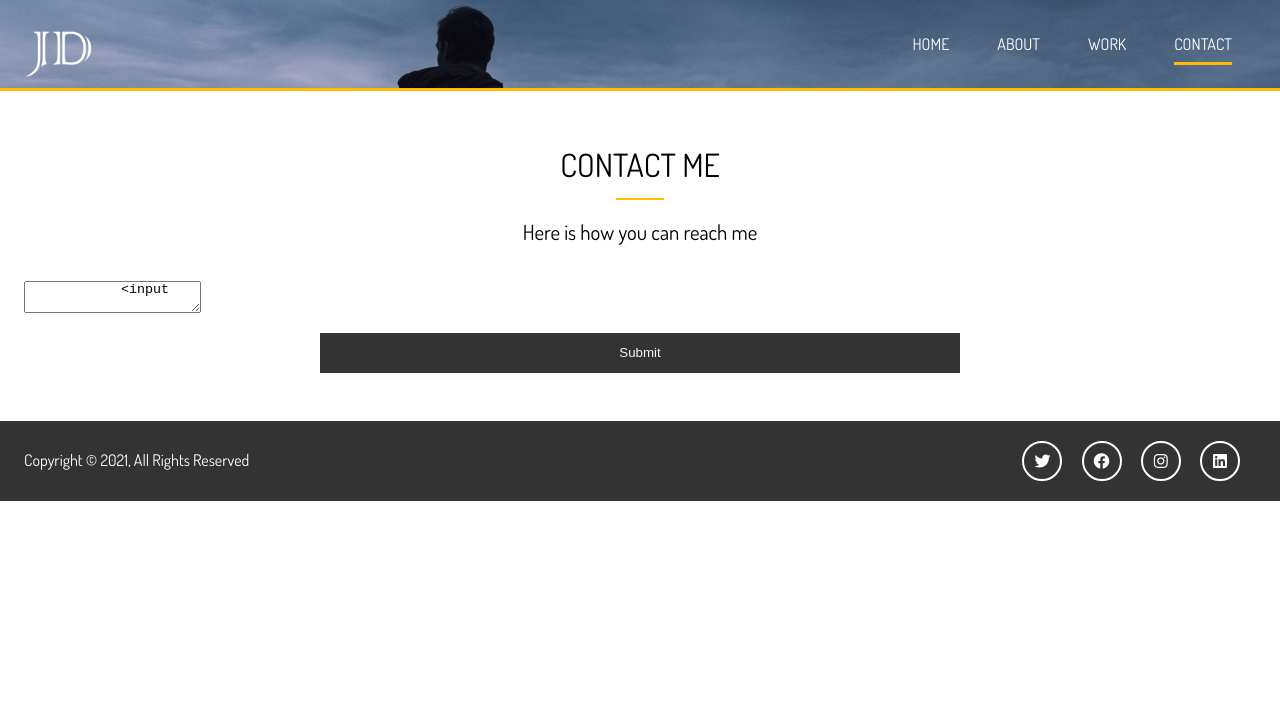
Repository: minhtien9/Portfolio_Website
Page: diet/contact.html
An editor plug-in stored every save of this project. The page is shown before and after the next save, followed by the edit.
The browser window is 1280 px wide. The pictures show the whole page.

Above is the page before, as saved 2021-08-29 19:49:56.

### diet/contact.html
<!DOCTYPE html>
<html lang="en">
  <head>
    <meta charset="UTF-8" />
    <meta http-equiv="X-UA-Compatible" content="IE=edge" />
    <meta name="viewport" content="width=device-width, initial-scale=1.0" />
    <link
      rel="stylesheet"
      href="https://cdnjs.cloudflare.com/ajax/libs/font-awesome/5.15.4/css/all.min.css"
      integrity="sha512-1ycn6IcaQQ40/MKBW2W4Rhis/DbILU74C1vSrLJxCq57o941Ym01SwNsOMqvEBFlcgUa6xLiPY/NS5R+E6ztJQ=="
      crossorigin="anonymous"
      referrerpolicy="no-referrer"
    />
    <link
      href="https://fonts.googleapis.com/css2?family=Dosis&display=swap"
      rel="stylesheet"
    />
    <link rel="stylesheet" href="css/style.css" />
    <title>Contact Me || UI/UX Designer & Photographer</title>
  </head>
  <body>
    <!-- Header -->
    <header id="header-inner">
      <div class="container">
        <nav id="main-nav">
          <img src="img/logo.png" alt="My Portfolio" id="logo" />
          <ul>
            <li><a href="index.html">Home</a></li>
            <li><a href="about.html">About</a></li>
            <li><a href="work.html">Work</a></li>
            <li><a href="contact.html" class="current">Contact</a></li>
          </ul>
        </nav>
      </div>
    </header>

    <!-- Section A: Contact Form -->
    <section id="contact-a" class="text-center py-3">
      <div class="container">
        <h2 class="section-title">Contact Me</h2>
        <div class="bottom-line"></div>
        <p class="lead">Here is how you can reach me</p>
        <form>
          <textarea class="text-fields">
            <input
              type="text"
              class="text-input name-input"
              placeholder="Name"
            />
            <input
              type="text"
              class="text-input subject-input"
              placeholder="Subject"
            />
            <input
              type="email"
              class="text-input email-input"
              placeholder="Email"
            />
            <input
              type="text"
              class="text-input phone-input"
              placeholder="Phone Number"
            />
            <textarea class="text-input message-input" placeholder="Enter Message"></textarea>
          </div>
          <button type="submit" class="btn-dark">Submit</button>
        </form>
      </div>
    </section>

    <!-- Footer -->
    <footer id="main-footer">
      <div class="footer-content container">
        <p>Copyright &copy; 2021, All Rights Reserved</p>
        <div class="social">
          <i class="fab fa-twitter"></i>
          <i class="fab fa-facebook"></i>
          <i class="fab fa-instagram"></i>
          <i class="fab fa-linkedin"></i>
        </div>
      </div>
    </footer>

    <!-- <script src="js/typewriter.js"></script> -->
  </body>
</html>

### diet/css/style.css
.container {
  max-width: 1280px;
  padding: 0 1.5rem;
  margin: auto;
  overflow: hidden;
}

.btn-dark, .btn-light, .btn-main {
  display: inline-block;
  padding: 0.8rem 2rem;
  transition: all 0.5s;
  border: none;
  cursor: pointer;
}

.btn-main {
  color: #333;
  background-color: #ffbc00;
}
.btn-light {
  color: #333;
  background-color: #f4f4f4;
}
.btn-dark {
  color: #f4f4f4;
  background-color: #333;
}

button[class^=btn-]:hover,
a[class^=btn-]:hover,
input[class^=btn-]:hover {
  background-color: #ffbc00;
}

.bg-main {
  background: #ffbc00;
  color: #fff;
}
.bg-dark {
  background: #333;
  color: #fff;
}
.bg-light {
  background: #f4f4f4;
  color: #000;
}
.bg-medium {
  background: #ccc;
  color: #000;
}

.lead {
  font-size: 1.3rem;
  margin-bottom: 2rem;
}

.text-center {
  text-align: center;
}

.py-1 {
  padding: 1rem 0;
}
.py-2 {
  padding: 2rem 0;
}
.py-3 {
  padding: 3rem 0;
}
.py-4 {
  padding: 4rem 0;
}

.ny-1 {
  margin: 1rem 0;
}
.ny-2 {
  margin: 2rem 0;
}
.ny-3 {
  margin: 3rem 0;
}
.ny-4 {
  margin: 4rem 0;
}

.section-title {
  font-size: 2rem;
  display: block;
  padding-bottom: 0.5rem;
  text-align: center;
  font-weight: 100;
  text-transform: uppercase;
}

.bottom-line {
  height: 2px;
  width: 3rem;
  background: #ffbc00;
  display: block;
  margin: 0 auto 1rem auto;
}

.items {
  display: grid;
  grid-template-columns: repeat(3, 1fr);
  box-shadow: 0 5px 10px 0 rgba(0, 0, 0, 0.3);
}

.item {
  position: relative;
  background: #ffbc00;
  overflow: hidden;
}
.item:after {
  content: "";
  position: absolute;
  display: block;
  background: inherit;
  opacity: 0.9;
  top: 0;
  left: 0;
  width: 100%;
  height: 100%;
  transform: scale(2) translateX(-75%) translateY(-75%) rotate(-28deg);
  transition: transform 3s cubic-bezier(0.2, 1, 0.3, 1);
}
.item:hover:after {
  transform: scale(2) translateX(0) translateY(0) rotate(-28deg);
}
.item:hover .item-image {
  transform: scale(1.2);
}
.item:hover .item-text {
  opacity: 1;
  transform: translateY(0);
}
.item-image {
  height: auto;
  transform: translateZ(0);
  display: block;
  transition: transform 750ms cubic-bezier(0.2, 1, 0.3, 1);
}
.item-image:before {
  content: "";
  display: block;
  padding-top: 75%;
  overflow: hidden;
}
.item-image img {
  position: absolute;
  top: 0;
  left: 0;
  width: 100%;
  height: auto;
  line-height: 0;
}
.item-text {
  position: absolute;
  top: 0;
  left: 0;
  bottom: 0;
  right: 0;
  opacity: 0;
  text-align: center;
  z-index: 1;
  color: #fff;
  transform: translateY(-20%);
  transition: opacity 500ms cubic-bezier(0.2, 1, 0.3, 1), transform 500ms cubic-bezier(0.2, 1, 0.3, 1);
  transition-delay: 300ms;
}
.item-text-wrap {
  position: absolute;
  width: 100%;
  top: 50%;
  transform: translateY(-50%);
}
.item-text-title {
  font-size: 2rem;
  padding: 0 1rem;
  margin: 5px 0 0 0;
}
.item-text-category {
  text-transform: uppercase;
  font-size: 1.2rem;
  opacity: 0.7;
  margin: 0;
}

* {
  margin: 0;
  padding: 0;
}

body {
  font-family: "Dosis", sans-serif;
  line-height: 1.6;
  background: #fff;
}

a {
  text-decoration: none;
  color: #333;
}

ul {
  list-style: none;
}

h2,
h3,
h4 {
  text-transform: uppercase;
}

img {
  width: 100%;
}

#logo {
  width: 70px;
  height: 70px;
  color: #fff;
  text-transform: uppercase;
}

#main-nav {
  display: flex;
  justify-content: space-between;
  padding-top: 1rem;
}
#main-nav ul {
  display: flex;
}
#main-nav li {
  padding: 1rem 1.5rem;
}
#main-nav a {
  text-decoration: none;
  color: #fff;
  text-transform: uppercase;
  border-bottom: 3px transparent solid;
  padding-bottom: 0.5rem;
  transition: border-color 0.5s;
}
#main-nav a:hover {
  border-color: #ccc;
}
#main-nav a.current {
  border-color: #ffbc00;
}

#header-home {
  background: url("../img/showcase.jpg") no-repeat center right/cover;
  height: 100vh;
  color: #fff;
}
#header-home .header-content {
  text-align: center;
  padding-top: 20%;
}
#header-home .header-content h1 {
  font-size: 4rem;
  line-height: 1.2;
}
#header-inner {
  background: url("../img/showcase.jpg") no-repeat 20% 30%/cover;
  height: 5.5rem;
  border-bottom: 3px solid #ffbc00;
}

#home-a .specials {
  margin-top: 3rem;
  display: grid;
  grid-gap: 1rem;
  grid-template-columns: repeat(4, 1fr);
}
#home-a .specials .fas {
  color: #ffbc00;
  padding-bottom: 0.4rem;
}
#home-b .stats {
  display: grid;
  grid-template-columns: repeat(4, 1fr);
}
#home-b .stats li {
  line-height: 2;
}
#home-b .stats li.stats-title {
  font-size: 1.5rem;
}
#home-b .stats li.stats-number {
  font-size: 2rem;
  font-weight: bold;
}
#home-b .stats div {
  padding: 3rem 0;
}
#home-b .stats div:nth-child(odd) {
  background: #f4f4f4;
}
#home-b .stats div:nth-child(even) {
  background: #ccc;
}
#home-c .process {
  display: grid;
  grid-template-columns: repeat(4, 1fr);
  grid-gap: 1.5rem;
  text-align: center;
}
#home-c .process-step {
  position: absolute;
  top: 0;
  right: 0;
  font-size: 28px;
  background: #ffbc00;
  color: #fff;
  border-radius: 50%;
  height: 15px;
  width: 15px;
  line-height: 15px;
  padding: 1rem;
  transition: all 1s;
}
#home-c .process-icon {
  border-radius: 50%;
  background: #333;
  color: #fff;
  padding: 2rem;
  width: 70px;
  height: 70px;
  line-height: 70px;
  text-align: center;
  position: relative;
  transition: all 1s;
}
#home-c .process-icon:hover {
  background: #ffbc00;
  width: 90px;
  height: 90px;
  line-height: 90px;
}
#home-c .process-icon:hover .process-step {
  background: #333;
  color: #fff;
}

#about-a .about-info {
  display: grid;
  grid-template-areas: "bioimage bio bio" "aw1 aw2 aw3";
  grid-gap: 1.2rem;
}
#about-a .bio-image {
  grid-area: bioimage;
}
#about-a .bio {
  grid-area: bio;
  border-left: 3px solid #ffbc00;
  padding: 0.8rem;
}
#about-a .award-1 {
  grid-area: aw1;
}
#about-a .award-2 {
  grid-area: aw2;
}
#about-a .award-3 {
  grid-area: aw3;
}
#about-a .award-1 .fas,
#about-a .award-2 .fas,
#about-a .award-3 .fas {
  color: #ffbc00;
  margin: 1rem;
}
#about-b .progress {
  overflow: hidden;
  height: 20px;
  background: #ccc;
  border-radius: 5px;
  margin-bottom: 0.6rem;
}
#about-b .progress div {
  height: 100%;
  color: #fff;
  text-align: center;
  background: #ffbc00;
}
#about-c .about-logos {
  display: grid;
  grid-template-columns: repeat(4, 1fr);
  grid-gap: 2rem;
}
#about-c .about-logos img {
  width: 70%;
}
#about-d .testimonials {
  display: grid;
  grid-template-columns: repeat(4, 1fr);
  grid-gap: 0.5rem;
}
#about-d .testimonials ul {
  list-style: none;
  margin-top: 1rem;
  display: flex;
  align-items: center;
}
#about-d .testimonials p {
  border: 1px solid #ccc;
  border-radius: 5px;
  padding: 0.5rem;
}
#about-d .testimonials img {
  width: 50px;
  height: 50px;
  border-radius: 50%;
  margin-right: 0.5rem;
}

#contact-a .text-fields {
  display: grid;
  grid-template-areas: "name email" "subject phone" "message message";
  grid-gap: 1.2rem;
  margin-bottom: 1.2rem;
}
#contact-a .text-fields .name-input {
  grid-area: name;
}
#contact-a .text-fields .subject-input {
  grid-area: subject;
}
#contact-a .text-fields .email-input {
  grid-area: email;
}
#contact-a .text-fields .phone-input {
  grid-area: phone;
}
#contact-a .text-fields .message-input {
  grid-area: message;
  height: 100px;
}
#contact-a .text-fields .text-input {
  padding: 0.5rem 1rem;
}
#contact-a button[type=submit] {
  width: 50%;
}
#contact-b .contact-info {
  display: grid;
  grid-template-columns: repeat(3, 1fr);
  text-align: center;
}
#contact-c h1 {
  text-align: center;
  font-size: 4rem;
}

#main-footer {
  background: #333;
  color: #fff;
  height: 5rem;
}
#main-footer .footer-content {
  display: flex;
  justify-content: space-between;
  height: 5rem;
  align-items: center;
}
#main-footer .footer-content .social .fab {
  margin-right: 1rem;
  border: 2px solid #fff;
  border-radius: 50%;
  height: 20px;
  width: 20px;
  line-height: 20px;
  text-align: center;
  padding: 0.5rem;
}
#main-footer .footer-content .social .fab:hover {
  background: #ffbc00;
  cursor: pointer;
}

@media (max-width: 800px) {
  #header-home {
    height: 30rem;
  }
  #header-home .header-content {
    padding-top: 5rem;
  }
}
@media (max-width: 500px) {
  #main-nav {
    flex-direction: column;
    align-items: center;
  }
  #main-nav li {
    padding: 1rem;
  }

  #header-home {
    height: 10rem;
    border-bottom: 3px solid #ffbc00;
    background-position: 20% 30%;
  }
  #header-home .header-content {
    display: none;
  }
  #header-inner {
    height: 10rem;
  }

  #home-a .specials,
#home-b .stats,
#home-c .process,
#about-d .testimonials,
#contact-b .contact-info,
.items {
    grid-template-columns: 1fr;
  }

  #home-a .specials div {
    border-bottom: 1px #f4f4f4 solid;
    padding-bottom: 1rem;
  }
  #home-a .specials div:last-child {
    border: none;
    padding-bottom: 0;
  }
  #home-b .stats div {
    padding: 2rem 0 1rem 0;
  }

  #about-a .about-info {
    grid-template-areas: "bioimage" "bio" "aw1" "aw2" "aw3";
  }
  #about-c {
    display: none;
  }

  #contact-a .text-fields {
    grid-template-areas: "name" "subject" "email" "phone" "message";
  }
  #contact-b div {
    margin-bottom: 1rem;
    padding-bottom: 1rem;
    border-bottom: 1px solid #555;
  }
  #contact-b div:last-child {
    border: none;
    margin-bottom: 0;
    padding-bottom: 0;
  }
  #contact-c h1 {
    font-size: 2rem;
  }

  #main-footer {
    height: 7rem;
  }
  #main-footer .footer-content {
    flex-direction: column;
    padding: 1rem;
    height: 5rem;
  }
}
@media (max-height: 580px) {
  #header-home .header-content {
    padding-top: 3rem;
  }
}
@media (max-height: 330px) {
  #header-home .header-content h1 {
    font-size: 2rem;
  }
}

/*# sourceMappingURL=style.css.map */

After the next save:
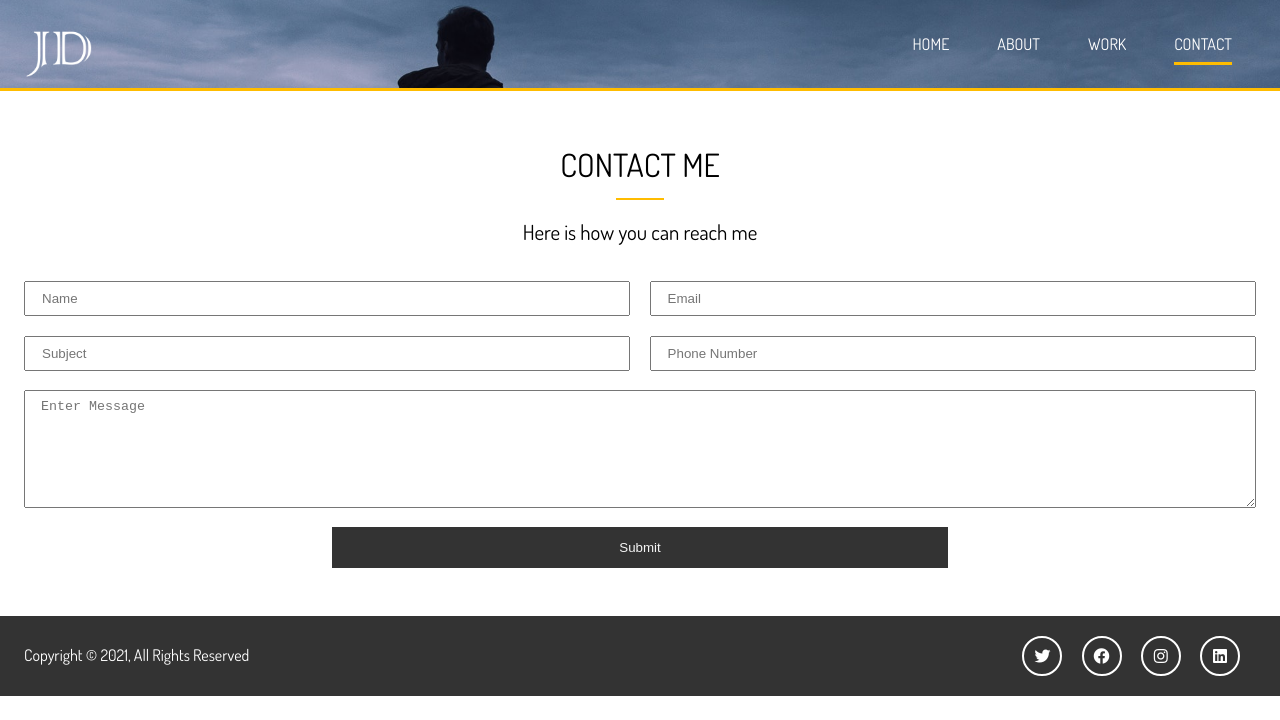
Saved 113 s later.
--- a/diet/contact.html
+++ b/diet/contact.html
@@ -41,7 +41,7 @@
         <div class="bottom-line"></div>
         <p class="lead">Here is how you can reach me</p>
         <form>
-          <textarea class="text-fields">
+          <div class="text-fields">
             <input
               type="text"
               class="text-input name-input"
@@ -62,7 +62,10 @@
               class="text-input phone-input"
               placeholder="Phone Number"
             />
-            <textarea class="text-input message-input" placeholder="Enter Message"></textarea>
+            <textarea
+              class="text-input message-input"
+              placeholder="Enter Message"
+            ></textarea>
           </div>
           <button type="submit" class="btn-dark">Submit</button>
         </form>
